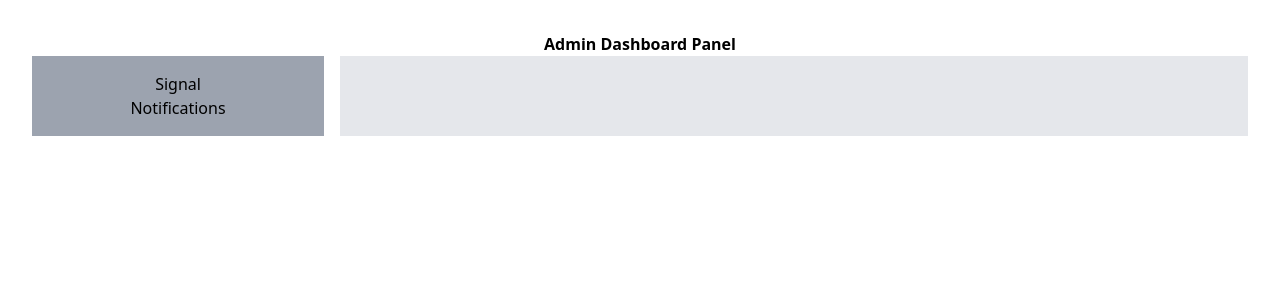
Repository: RahmanRakib9/Aurora-client-side
Page: /
These files come from the project's save history. The page is drawn as it stood at one moment and after a run of saves; the edit follows.
The browser window is 1280 px wide. The pictures show the whole page.
The project was rebuilt for these pictures with package versions that can differ from the ones it lists, and the page was loaded fresh each time. Also part of the build but not shown: vite.config.js, src/components/home/Sidebar.jsx, src/components/home/Signal.jsx, src/components/home/Notification.jsx.

Above is the page before, as saved 2023-05-12 19:36:25.

### index.html
<!DOCTYPE html>
<html lang="en">
  <head>
    <meta charset="UTF-8" />
    <link rel="icon" type="image/svg+xml" href="/vite.svg" />
    <meta name="viewport" content="width=device-width, initial-scale=1.0" />
    <title>ADMIN DASHBOARD</title>
  </head>
  <body>
    <div id="root"></div>
    <script type="module" src="/src/main.jsx"></script>
  </body>
</html>

### src/App.jsx
import { useState } from "react";
import "./App.css";
import { Link, RouterProvider, createBrowserRouter } from "react-router-dom";
import Home from "./components/home/Home";
import Signal from "./components/home/Signal";
import Notification from "./components/home/Notification";

function App() {
  const router = createBrowserRouter([
    {
      path: "/",
      element: <Home />,
      children: [
        { path: "/signal", element: <Signal /> },
        { path: "/notification", element: <Notification /> },
      ],
    },
  ]);
  return (
    <div>
      <RouterProvider router={router}></RouterProvider>
    </div>
  );
}

export default App;

### src/components/home/Home.jsx
import React from "react";
import Sidebar from "./Sidebar";
import { Link, NavLink, Outlet } from "react-router-dom";

const Home = () => {
  return (
    <div>
      <h1 className="font-bold text-center">Admin Dashboard Panel</h1>
      <div className="grid grid-cols-8 gap-4">
        <div className="col-span-8 md:col-span-2 bg-gray-400 p-4">
          <NavLink
            to="/signal"
            className={({ isActive }) => (isActive ? "bg-gray-200" : undefined)}
          >
            Signal
          </NavLink>
          <br />

          <NavLink
            to="/notification"
            className={({ isActive }) => (isActive ? "bg-gray-200" : undefined)}
          >
            Notifications
          </NavLink>
        </div>

        <div className="col-span-8 md:col-span-6 bg-gray-200 p-4">
          {/* <div>here is main rendering component</div> */}
          <Outlet />
        </div>
      </div>
    </div>
  );
};

export default Home;

Loaded but not shown: src/main.jsx (common file); src/index.css (common file); src/App.css (common file); tailwind.config.js (common file)

After the next 5 saves:
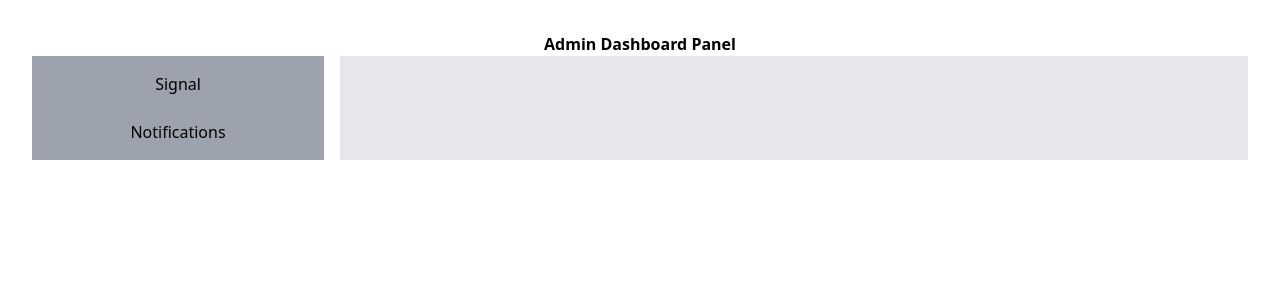
The 5 saves are shown as one change because they came seconds apart.
The last was saved 14 s later.
--- a/src/components/home/Home.jsx
+++ b/src/components/home/Home.jsx
@@ -12,7 +12,7 @@ const Home = () => {
             to="/signal"
             className={({ isActive }) => (isActive ? "bg-gray-200" : undefined)}
           >
-            Signal
+            <h2>Signal</h2>
           </NavLink>
           <br />
 
